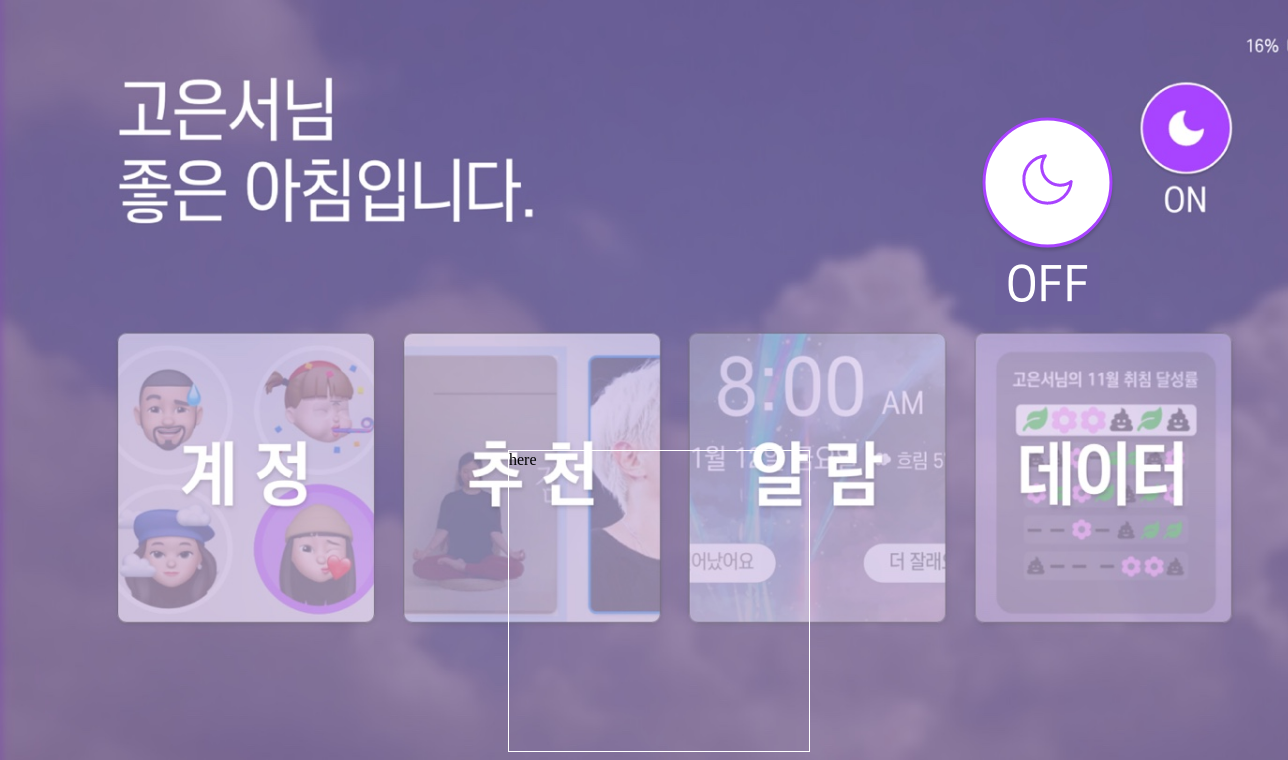
Repository: meanz1/SE_SleepWithMe
Page: SmartTVWorkspace/testapp/button.html
These files come from the project's save history. The page is drawn as it stood at one moment and after the next save; the edit follows.
The browser window is 1280 px wide. The page is 1288 px wide, so the pictures cover 1288 px, including what lies to the right of the window. The pictures show the whole page.

Above is the page before, as saved 2021-11-18 07:43:52.

After the next save:
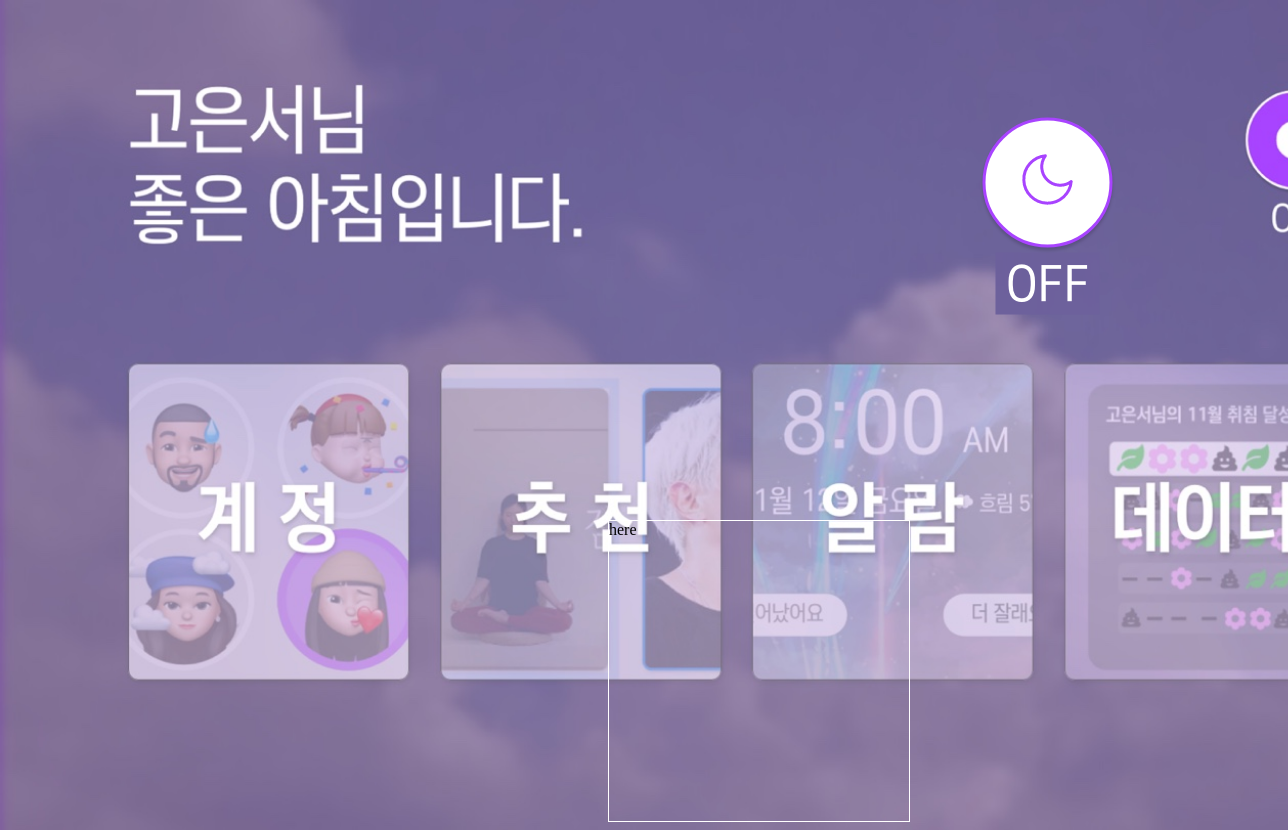
Saved 32 s later.
--- a/SmartTVWorkspace/testapp/button.html
+++ b/SmartTVWorkspace/testapp/button.html
@@ -26,8 +26,8 @@
     	width: 300px;
     	height: 300px;
     	border: 1px solid white;
-    	margin-left: 500px;
-    	margin-top: 450px;
+    	margin-left: 600px;
+    	margin-top: 520px;
     }
 </style>
 <script type="text/javascript">
